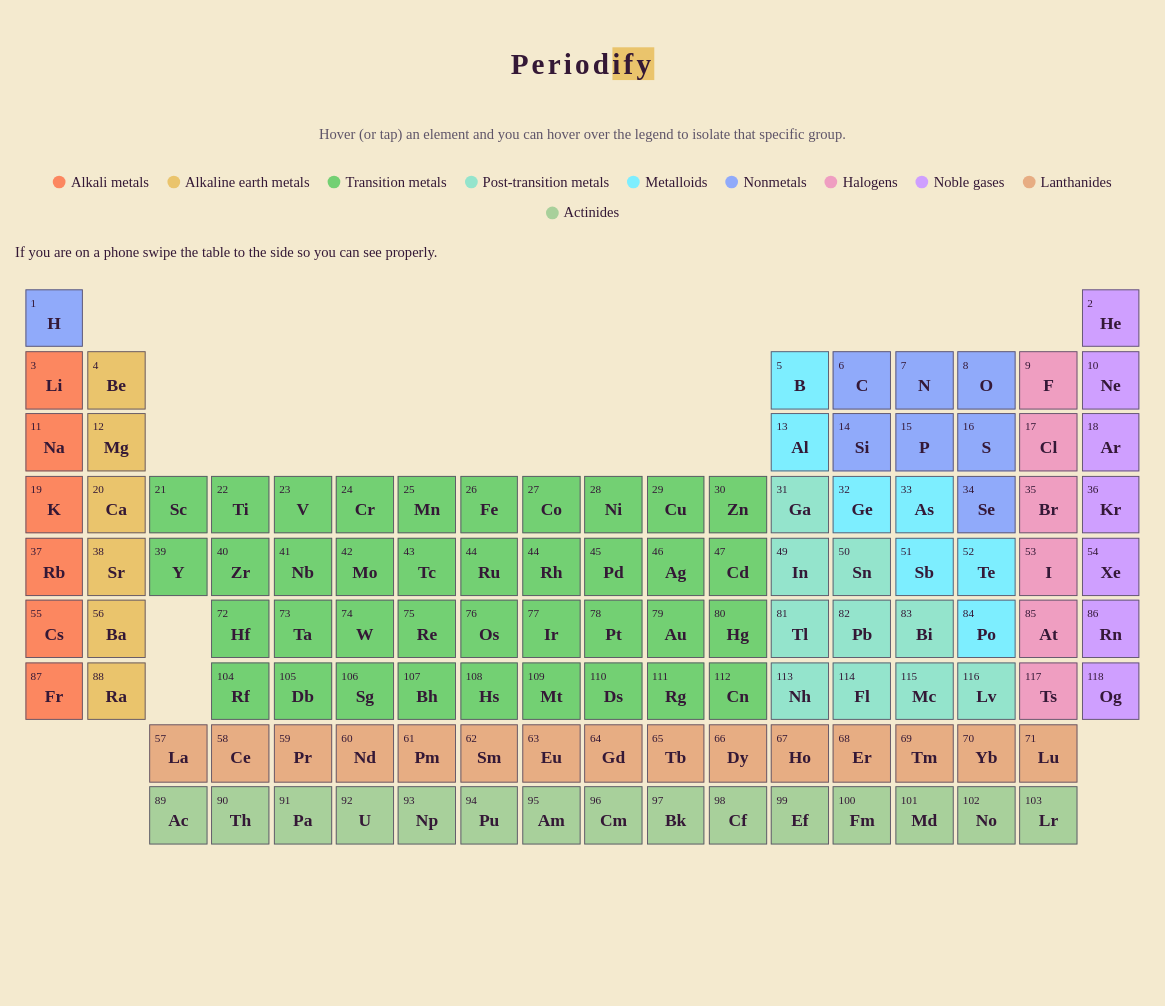
Repository: manayparikh1/Periodify
Page: index.html
The author's editor kept a copy of each file at every save. The page is drawn from the files as they stood at one save, then again after the next save.
The browser window is 1280 px wide. The pictures show the whole page, at 91% of full size.

Above is the page before, as saved 2026-10-19 19:43:26.

### index.html
<!DOCTYPE html>
<html lang="en">

<head>
    <meta charset="UTF-8">
    <meta name="viewport" content="width=device-width, initial-scale=1.0">
    <title>Periodify</title>
</head>

<body>
    <!-- === HTML STARTS here===-->
    <header>
        <h1>Period<span>ify</span></h1>
        <p>Hover (or tap) an element and you can hover over the legend to isolate that specific group.</p>
    </header>
    <!-- === Legend === -->
    <ul class="legend">
        <li class="k-ak" style="--c: var(--ak);">Alkali metals</li>
        <li class="k-ae" style="--c: var(--ae);">Alkaline earth metals</li>
        <li class="k-tm" style="--c: var(--tm);">Transition metals</li>
        <li class="k-pt" style="--c: var(--pt);">Post-transition metals</li>
        <li class="k-md" style="--c: var(--md);">Metalloids</li>
        <li class="k-nm" style="--c: var(--nm);">Nonmetals</li>
        <li class="k-hg" style="--c: var(--hg);">Halogens</li>
        <li class="k-hl" style="--c: var(--hl);">Noble gases</li>
        <li class="k-la" style="--c: var(--la);">Lanthanides</li>
        <li class="k-ac" style="--c: var(--ac);">Actinides</li>
    </ul>
    <p class="hint">If you are on a phone swipe the table to the side so you can see properly.</p>
    <div class="scroll">
        <div class="table">

            <!-- The first period -->
            <div class="el nm" tabindex="0"><i>1</i><b>H</b><span>Hydrogen<br>Atomic mass = 1.008</span></div>
            <div class="gap" style="--n:16"></div>
            <!-- Gives a 16 element gap because hydron and helium are not in the same column -->
            <div class="el ng" tabindex="0"><i>2</i><b>He</b><span>Helium<br>Atomic mass = 4.003</span></div>
            <!-- The second period -->
            <div class="el ak" tabindex="0"><i>3</i><b>Li</b><span>Lithium<br>Atomic mass = 6.94</span></div>
            <div class="el ae" tabindex="0"><i>4</i><b>Be</b><span>Beryllium<br>Atomic mass = 9.012</span></div>
            <div class="gap" style="--n:10"></div>
            <div class="el md" tabindex="0"><i>5</i><b>B</b><span>Boron<br>Atomic mass = 10.81</span></div>
            <div class="el nm" tabindex="0"><i>6</i><b>C</b><span>Carbon<br>Atomic mass = 12.01</span></div>
            <div class="el nm" tabindex="0"><i>7</i><b>N</b><span>Nitrogen<br>Atomic mass = 14.01</span></div>
            <div class="el nm" tabindex="0"><i>8</i><b>O</b><span>Oxygen<br>Atomic mass = 16.00</span></div>
            <div class="el hg" tabindex="0"><i>9</i><b>F</b><span>Fluorine<br>Atomic mass = 19.00</span></div>
            <div class="el ng" tabindex="0"><i>10</i><b>Ne</b><span>Neon<br>Atomic mass = 20.18</span></div>
            <!-- The third period -->
            <div class="el ak" tabindex="0"><i>11</i><b>Na</b><span>Sodium<br>Atomic mass = 22.99</span></div>
            <div class="el ae" tabindex="0"><i>12</i><b>Mg</b><span>Magnesium<br>Atomic mass = 24.31</span></div>
            <div class="gap" style="--n:10"></div>
            <div class="el md" tabindex="0"><i>13</i><b>Al</b><span>Aluminum<br>Atomic mass = 26.98</span></div>
            <div class="el nm" tabindex="0"><i>14</i><b>Si</b><span>Silicon<br>Atomic mass = 28.09</span></div>
            <div class="el nm" tabindex="0"><i>15</i><b>P</b><span>Phosphorus<br>Atomic mass = 30.97</span></div>
            <div class="el nm" tabindex="0"><i>16</i><b>S</b><span>Sulfur<br>Atomic mass = 32.06</span></div>
            <div class="el hg" tabindex="0"><i>17</i><b>Cl</b><span>Chlorine<br>Atomic mass = 35.45</span></div>
            <div class="el ng" tabindex="0"><i>18</i><b>Ar</b><span>Argon<br>Atomic mass = 39.95</span></div>
            <!-- the fourth period -->
            <div class="el ak" tabindex="0"><i>19</i><b>K</b><span>Potassium<br>Atomic mass = 39.09</span></div>
            <div class="el ae" tabindex="0"><i>20</i><b>Ca</b><span>Calcium<br>Atomic mass = 40.08</span></div>
            <div class="el tm" tabindex="0"><i>21</i><b>Sc</b><span>Scandium<br>Atomic mass = 44.96</span></div>
            <div class="el tm" tabindex="0"><i>22</i><b>Ti</b><span>Titanium<br>Atomic mass = 47.87</span></div>
            <div class="el tm" tabindex="0"><i>23</i><b>V</b><span>Vanadium<br>Atomic mass = 50.94</span></div>
            <div class="el tm" tabindex="0"><i>24</i><b>Cr</b><span>Chromium<br>Atomic mass = 52.00</span></div>
            <div class="el tm" tabindex="0"><i>25</i><b>Mn</b><span>Manganese<br>Atomic mass = 54.94</span></div>
            <div class="el tm" tabindex="0"><i>26</i><b>Fe</b><span>Iron<br>Atomic mass = 55.85</span></div>
            <div class="el tm" tabindex="0"><i>27</i><b>Co</b><span>Cobalt<br>Atomic mass = 58.93</span></div>
            <div class="el tm" tabindex="0"><i>28</i><b>Ni</b><span>Nickel<br>Atomic mass = 58.69</span></div>
            <div class="el tm" tabindex="0"><i>29</i><b>Cu</b><span>Copper<br>Atomic mass = 63.55</span></div>
            <div class="el tm" tabindex="0"><i>30</i><b>Zn</b><span>Zinc<br>Atomic mass = 65.38</span></div>
            <div class="el pt" tabindex="0"><i>31</i><b>Ga</b><span>Gallium<br>Atomic mass = 69.72</span></div>
            <div class="el md" tabindex="0"><i>32</i><b>Ge</b><span>Germanium<br>Atomic mass = 72.63</span></div>
            <div class="el md" tabindex="0"><i>33</i><b>As</b><span>Arsenic<br>Atomic mass = 74.92</span></div>
            <div class="el nm" tabindex="0"><i>34</i><b>Se</b><span>Selenium<br>Atomic mass = 78.96</span></div>
            <div class="el hg" tabindex="0"><i>35</i><b>Br</b><span>Bromine<br>Atomic mass = 79.90</span></div>
            <div class="el ng" tabindex="0"><i>36</i><b>Kr</b><span>Krypton<br>Atomic mass = 83.80</span></div>
            <!-- the fifth period -->
            <div class="el ak" tabindex="0"><i>37</i><b>Rb</b><span>Rubidium<br>Atomic mass = 85.47</span></div>
            <div class="el ae" tabindex="0"><i>38</i><b>Sr</b><span>Strontium<br>Atomic mass = 87.62</span></div>
            <div class="el tm" tabindex="0"><i>39</i><b>Y</b><span>Yttrium<br>Atomic mass = 88.91</span></div>
            <div class="el tm" tabindex="0"><i>40</i><b>Zr</b><span>Zirconium<br>Atomic mass = 91.22</span></div>
            <div class="el tm" tabindex="0"><i>41</i><b>Nb</b><span>Niobium<br>Atomic mass = 92.91</span></div>
            <div class="el tm" tabindex="0"><i>42</i><b>Mo</b><span>Molybdenum<br>Atomic mass = 95.95</span></div>
            <div class="el tm" tabindex="0"><i>43</i><b>Tc</b><span>Technetium<br>Atomic mass = 98.00</span></div>
            <div class="el tm" tabindex="0"><i>44</i><b>Ru</b><span>Ruthenium<br>Atomic mass = 101.07</span></div>
            <div class="el tm" tabindex="0"><i>44</i><b>Rh</b><span>Rhodium<br>Atomic mass = 102.91</span></div>
            <div class="el tm" tabindex="0"><i>45</i><b>Pd</b><span>Palladium<br>Atomic mass = 106.42</span></div>
            <div class="el tm" tabindex="0"><i>46</i><b>Ag</b><span>Silver<br>Atomic mass = 107.87</span></div>
            <div class="el tm" tabindex="0"><i>47</i><b>Cd</b><span>Cadmium<br>Atomic mass = 112.41</span></div>
            <div class="el pt" tabindex="0"><i>49</i><b>In</b><span>Indium<br>Atomic mass = 114.82</span></div>
            <div class="el pt" tabindex="0"><i>50</i><b>Sn</b><span>Tin<br>Atomic mass = 118.71</span></div>
            <div class="el md" tabindex="0"><i>51</i><b>Sb</b><span>Antimony<br>Atomic mass = 121.76</span></div>
            <div class="el md" tabindex="0"><i>52</i><b>Te</b><span>Tellurium<br>Atomic mass = 127.60</span></div>
            <div class="el hg" tabindex="0"><i>53</i><b>I</b><span>Iodine<br>Atomic mass = 126.90</span></div>
            <div class="el ng" tabindex="0"><i>54</i><b>Xe</b><span>Xenon<br>Atomic mass = 131.29</span></div>
            <!-- the sixth period -->
            <div class="el ak" tabindex="0"><i>55</i><b>Cs</b><span>Caesium<br>Atomic mass = 132.91</span></div>
            <div class="el ae" tabindex="0"><i>56</i><b>Ba</b><span>Barium<br>Atomic mass = 137.33</span></div>
            <!-- this is the gap for the lanthanoids  group (goes to hafnium straight)-->
            <div class="gap" style="--n:1"></div>
            <div class="el tm" tabindex="0"><i>72</i><b>Hf</b><span>Hafnium<br>Atomic mass = 178.49</span></div>
            <div class="el tm" tabindex="0"><i>73</i><b>Ta</b><span>Tantalum<br>Atomic mass = 180.95</span></div>
            <div class="el tm" tabindex="0"><i>74</i><b>W</b><span>Tungsten<br>Atomic mass = 183.84</span></div>
            <div class="el tm" tabindex="0"><i>75</i><b>Re</b><span>Rhenium<br>Atomic mass = 186.21</span></div>
            <div class="el tm" tabindex="0"><i>76</i><b>Os</b><span>Osmium<br>Atomic mass = 190.23</span></div>
            <div class="el tm" tabindex="0"><i>77</i><b>Ir</b><span>Iridium<br>Atomic mass = 192.22</span></div>
            <div class="el tm" tabindex="0"><i>78</i><b>Pt</b><span>Platinum<br>Atomic mass = 195.08</span></div>
            <div class="el tm" tabindex="0"><i>79</i><b>Au</b><span>Gold<br>Atomic mass = 196.97</span></div>
            <div class="el tm" tabindex="0"><i>80</i><b>Hg</b><span>Mercury<br>Atomic mass = 200.59</span></div>
            <div class="el pt" tabindex="0"><i>81</i><b>Tl</b><span>Thallium<br>Atomic mass = 204.38</span></div>
            <div class="el pt" tabindex="0"><i>82</i><b>Pb</b><span>Lead<br>Atomic mass = 207.2</span></div>
            <div class="el pt" tabindex="0"><i>83</i><b>Bi</b><span>Bismuth<br>Atomic mass = 208.98</span></div>
            <div class="el md" tabindex="0"><i>84</i><b>Po</b><span>Polonium<br>Atomic mass = 209.00</span></div>
            <div class="el hg" tabindex="0"><i>85</i><b>At</b><span>Astatine<br>Atomic mass = 209.99</span></div>
            <div class="el ng" tabindex="0"><i>86</i><b>Rn</b><span>Radon<br>Atomic mass = 222.00</span></div>
            <!-- the seventh period -->
            <div class="el ak" tabindex="0"><i>87</i><b>Fr</b><span>Francium<br>Atomic mass = 223.00</span></div>
            <div class="el ae" tabindex="0"><i>88</i><b>Ra</b><span>Radium<br>Atomic mass = 226.00</span></div>
            <!-- this gap is the space for the Actinide block -->
            <div class="gap" style="--n:1"></div>
            <div class="el tm" tabindex="0"><i>104</i><b>Rf</b><span>Rutherfordium<br>Atomic mass = 267.00</span></div>
            <div class="el tm" tabindex="0"><i>105</i><b>Db</b><span>Dubnium<br>Atomic mass = 268.00</span></div>
            <div class="el tm" tabindex="0"><i>106</i><b>Sg</b><span>Seaborgium<br>Atomic mass = 269.00</span></div>
            <div class="el tm" tabindex="0"><i>107</i><b>Bh</b><span>Bhorium<br>Atomic mass = 270.00</span></div>
            <div class="el tm" tabindex="0"><i>108</i><b>Hs</b><span>Hassium<br>Atomic mass = 270.00</span></div>
            <div class="el tm" tabindex="0"><i>109</i><b>Mt</b><span>Meitnerium<br>Atomic mass = 278.00</span></div>
            <div class="el tm" tabindex="0"><i>110</i><b>Ds</b><span>Darmstadtium<br>Atomic mass = 281.00</span></div>
            <div class="el tm" tabindex="0"><i>111</i><b>Rg</b><span>Roentgenium<br>Atomic mass = 282.00</span></div>
            <div class="el tm" tabindex="0"><i>112</i><b>Cn</b><span>Copernicium<br>Atomic mass = 285.00</span></div>
            <div class="el pt" tabindex="0"><i>113</i><b>Nh</b><span>Nihonium<br>Atomic mass = 286.00</span></div>
            <div class="el pt" tabindex="0"><i>114</i><b>Fl</b><span>Flerovium<br>Atomic mass = 289.00</span></div>
            <div class="el pt" tabindex="0"><i>115</i><b>Mc</b><span>Moscovium<br>Atomic mass = 290.00</span></div>
            <div class="el pt" tabindex="0"><i>116</i><b>Lv</b><span>Livermorium<br>Atomic mass = 293.00</span></div>
            <div class="el hg" tabindex="0"><i>117</i><b>Ts</b><span>Tennessine<br>Atomic mass = 294.00</span></div>
            <div class="el ng" tabindex="0"><i>118</i><b>Og</b><span>Oganesson<br>Atomic mass = 294.00</span></div>
            <!-- the lanthanoids -->
            <div class="gap" style="--n:2"></div>
            <div class="el la" tabindex="0"><i>57</i><b>La</b><span>Lanthanum<br>Atomic mass = 138.91</span></div>
            <div class="el la" tabindex="0"><i>58</i><b>Ce</b><span>Cerium<br>Atomic mass = 140.12</span></div>
            <div class="el la" tabindex="0"><i>59</i><b>Pr</b><span>Praseodymium<br>Atomic mass = 140.91</span></div>
            <div class="el la" tabindex="0"><i>60</i><b>Nd</b><span>Neodymium<br>Atomic mass = 144.24</span></div>
            <div class="el la" tabindex="0"><i>61</i><b>Pm</b><span>Promethium<br>Atomic mass = 145.00</span></div>
            <div class="el la" tabindex="0"><i>62</i><b>Sm</b><span>Samarium<br>Atomic mass = 150.36</span></div>
            <div class="el la" tabindex="0"><i>63</i><b>Eu</b><span>Europium<br>Atomic mass = 151.96</span></div>
            <div class="el la" tabindex="0"><i>64</i><b>Gd</b><span>Gadollinium<br>Atomic mass = 157.25</span></div>
            <div class="el la" tabindex="0"><i>65</i><b>Tb</b><span>Terbium<br>Atomic mass = 158.93</span></div>
            <div class="el la" tabindex="0"><i>66</i><b>Dy</b><span>Dysprosium<br>Atomic mass = 162.50</span></div>
            <div class="el la" tabindex="0"><i>67</i><b>Ho</b><span>Holmium<br>Atomic mass = 164.93</span></div>
            <div class="el la" tabindex="0"><i>68</i><b>Er</b><span>Erbium<br>Atomic mass = 167.26</span></div>
            <div class="el la" tabindex="0"><i>69</i><b>Tm</b><span>Thulium<br>Atomic mass = 168.93</span></div>
            <div class="el la" tabindex="0"><i>70</i><b>Yb</b><span>Ytterbium<br>Atomic mass = 173.05</span></div>
            <div class="el la" tabindex="0"><i>71</i><b>Lu</b><span>Lutetium<br>Atomic mass = 174.97</span></div>
            <div class="gap" style="--n:1"></div>

            <!-- the actinides section -->
            <div class="gap" style="--n:2"></div>
            <div class="el ac" tabindex="0"><i>89</i><b>Ac</b><span>Actinium<br>Atomic mass = 227.00</span></div>
            <div class="el ac" tabindex="0"><i>90</i><b>Th</b><span>Thorium<br>Atomic mass = 232.04</span></div>
            <div class="el ac" tabindex="0"><i>91</i><b>Pa</b><span>Protactinium<br>Atomic mass = 231.04</span></div>
            <div class="el ac" tabindex="0"><i>92</i><b>U</b><span>Uranium<br>Atomic mass = 238.03</span></div>
            <div class="el ac" tabindex="0"><i>93</i><b>Np</b><span>Neptunium<br>Atomic mass = 237.00</span></div>
            <div class="el ac" tabindex="0"><i>94</i><b>Pu</b><span>Plutonium<br>Atomic mass = 244.00</span></div>
            <div class="el ac" tabindex="0"><i>95</i><b>Am</b><span>Americium<br>Atomic mass = 243.00</span></div>
            <div class="el ac" tabindex="0"><i>96</i><b>Cm</b><span>Curium<br>Atomic mass = 247.00</span></div>
            <div class="el ac" tabindex="0"><i>97</i><b>Bk</b><span>Berkelium<br>Atomic mass = 247.00</span></div>
            <div class="el ac" tabindex="0"><i>98</i><b>Cf</b><span>Californium<br>Atomic mass = 251.00</span></div>
            <div class="el ac" tabindex="0"><i>99</i><b>Ef</b><span>Einsteinium<br>Atomic mass = 252.00</span></div>
            <div class="el ac" tabindex="0"><i>100</i><b>Fm</b><span>Fermium<br>Atomic mass = 257.00</span></div>
            <div class="el ac" tabindex="0"><i>101</i><b>Md</b><span>Mendelevium<br>Atomic mass = 258.00</span></div>
            <div class="el ac" tabindex="0"><i>102 </i><b>No </b><span>Nobelium<br>Atomic mass = 259.00</span></div>
            <div class="el ac" tabindex="0"><i>103</i><b>Lr</b><span>Lawrencium<br>Atomic mass = 266.00</span></div>
            <div class="gap" style="--n:1"></div>
        </div>
    </div>

    <!-- the HTML ENDS here and css starts=== -->
    <style>
        :root {
            --colouring: #341836;
            --main: #5e5468;
            --papercolor: #f4eacf;

            --ak: #fc8760;
            --ae: #eac46c;
            --tm: #73d073;
            --pt: #94e4cc;
            --md: #7deeff;
            --nm: #90aafa;
            --hl: #cf9fff;
            --hg: #ef9ec1;
            --la: #e7ad83;
            --ac: #a8d09b;
        }

        /* The page (looks) (its gonna look like a notebook)*/

        * {
            box-sizing: border-box;
        }

        body {
            margin: 0;
            padding: 23px 16.6px 48.5px;
            background: var(--papercolor);
            color: var(--colouring);
            font-family: "Comic Sans MS", "Comic Sans", "Comic Neue", "Chalkboard SE", cursive;
            line-height: 1.67;
        }

        header {
            text-align: center;
            margin-bottom: 25px;
        }

        h1 {
            text-align: center;
            margin-bottom: 37px;
            letter-spacing: 3.5px;
        }

        h1 span {
            background: var(--ae);
        }

        header p {
            margin: 5.5px 0 0;
            color: var(--main);
        }

        /* -- the periodic table part -- */
        .scroll {
            overflow-x: auto;
            padding: 11.5px 11px 130px;
        }

        .table {
            display: grid;
            grid-template-columns: repeat(18, minmax(54px, 1fr));
            gap: 4.6px;
            min-width: 1060px;
            max-width: 1414px;
            margin: 0 auto;
        }

        .gap {
            grid-column: span var(--n);
        }

        .gap.row {
            height: 14px;
        }

        .el {
            position: relative;
            aspect-ratio: 1/1;
            border: 1.4px solid var(--main);
            padding: 4px 5px;
            /*basically each elements box size*/
            cursor: pointer;
        }

        .el i {
            font-style: normal;
            font-size: 0.77rem;
            display: block;
        }

        .el b {
            display: block;
            font-size: 1.2rem;
            text-align: center;
            line-height: 1.2;
        }


        /* thing willl basically stay hidden unless u hover or tap a title*/

        .el span {

            display: none;
            position: absolute;
            top: 110%;
            left: 55%;
            transform: translateX(-45%);
            width: 148px;
            padding: 8.5px 10.5px;
            background: #caf4cb;
            border: 1.65px solid var(--main);
            font-size: 0.74rem;
            text-align: center;
            z-index: 9;
        }

        .el:hover span,
        .el:focus span {
            display: block;
        }

        /*hovering colours*/

        .ak {
            background: var(--ak);
        }

        .ae {
            background: var(--ae);
        }

        .tm {
            background: var(--tm);
        }

        .pt {
            background: var(--pt);
        }

        .md {
            background: var(--md);
        }

        .nm {
            background: var(--nm);
        }

        .hg {
            background: var(--hg);
        }

        .ng {
            background: var(--hl);
        }

        .la {
            background: var(--la);
        }

        .ac {
            background: var(--ac);
        }

        /* the legend part */

        .legend {
            list-style: none;
            /*takes away numbered list*/
            display: flex;
            flex-wrap: wrap;
            /*organizes the legend*/
            justify-content: center;
            gap: 7.5px 20px;
            padding: 0;
        }

        .legend li {
            display: flex;
            align-items: center;
            gap: 5.6px;
        }

        .legend li::before {
            content: "";
            width: 14px;
            height: 14px;
            border-radius: 50%;
            background: var(--c);
        }

After the next save:
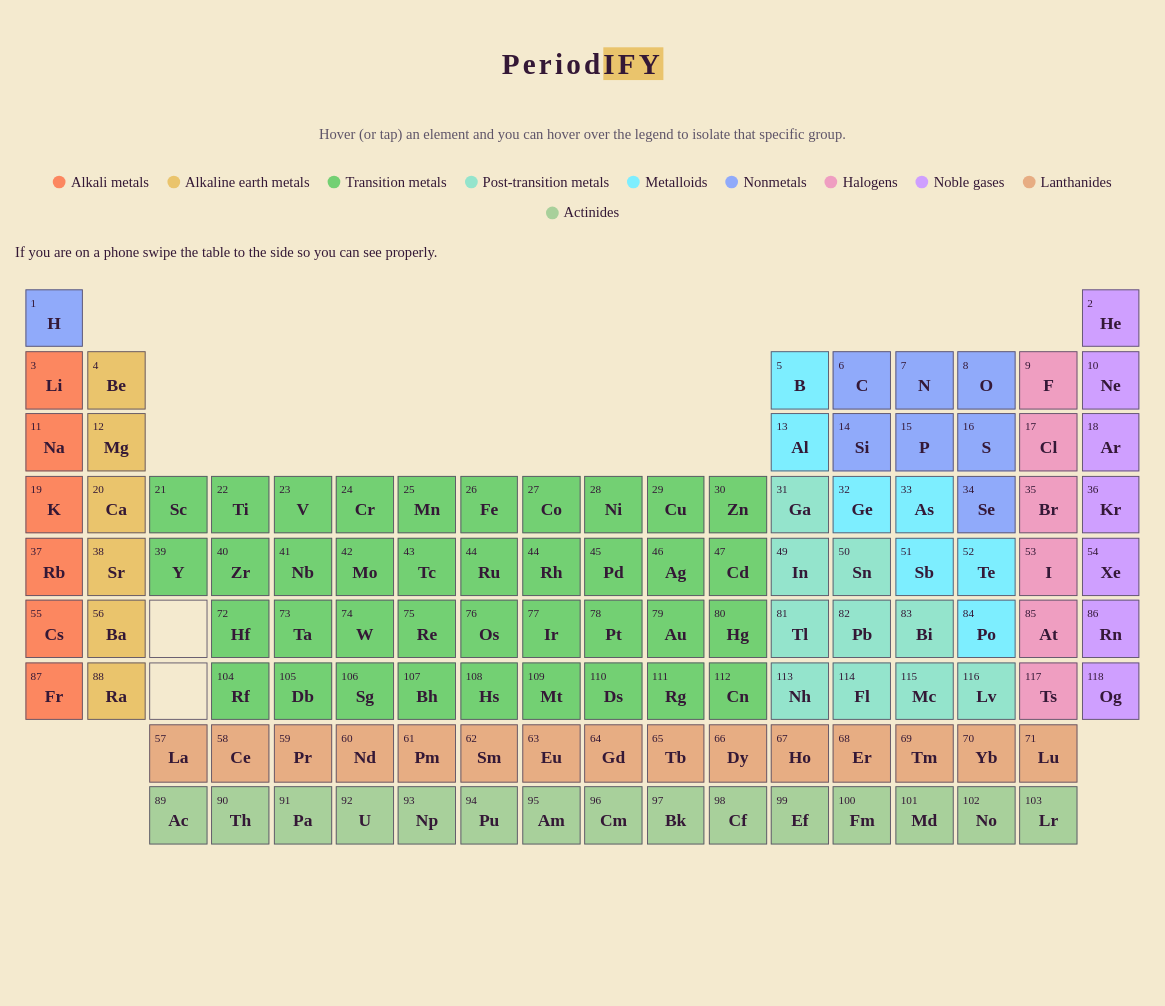
Saved 7 min 23 s later.
--- a/index.html
+++ b/index.html
@@ -10,7 +10,7 @@
 <body>
     <!-- === HTML STARTS here===-->
     <header>
-        <h1>Period<span>ify</span></h1>
+        <h1>Period<span>IFY</span></h1>
         <p>Hover (or tap) an element and you can hover over the legend to isolate that specific group.</p>
     </header>
     <!-- === Legend === -->
@@ -97,7 +97,7 @@
             <div class="el ak" tabindex="0"><i>55</i><b>Cs</b><span>Caesium<br>Atomic mass = 132.91</span></div>
             <div class="el ae" tabindex="0"><i>56</i><b>Ba</b><span>Barium<br>Atomic mass = 137.33</span></div>
             <!-- this is the gap for the lanthanoids  group (goes to hafnium straight)-->
-            <div class="gap" style="--n:1"></div>
+            <div class="el " tabindex="0"><i></i><b></b><span>Lanthanoids<br>57-71</span></div>
             <div class="el tm" tabindex="0"><i>72</i><b>Hf</b><span>Hafnium<br>Atomic mass = 178.49</span></div>
             <div class="el tm" tabindex="0"><i>73</i><b>Ta</b><span>Tantalum<br>Atomic mass = 180.95</span></div>
             <div class="el tm" tabindex="0"><i>74</i><b>W</b><span>Tungsten<br>Atomic mass = 183.84</span></div>
@@ -117,7 +117,7 @@
             <div class="el ak" tabindex="0"><i>87</i><b>Fr</b><span>Francium<br>Atomic mass = 223.00</span></div>
             <div class="el ae" tabindex="0"><i>88</i><b>Ra</b><span>Radium<br>Atomic mass = 226.00</span></div>
             <!-- this gap is the space for the Actinide block -->
-            <div class="gap" style="--n:1"></div>
+            <div class="el " tabindex="0"><i></i><b></b><span>Actinides<br>89-103</span></div>
             <div class="el tm" tabindex="0"><i>104</i><b>Rf</b><span>Rutherfordium<br>Atomic mass = 267.00</span></div>
             <div class="el tm" tabindex="0"><i>105</i><b>Db</b><span>Dubnium<br>Atomic mass = 268.00</span></div>
             <div class="el tm" tabindex="0"><i>106</i><b>Sg</b><span>Seaborgium<br>Atomic mass = 269.00</span></div>
